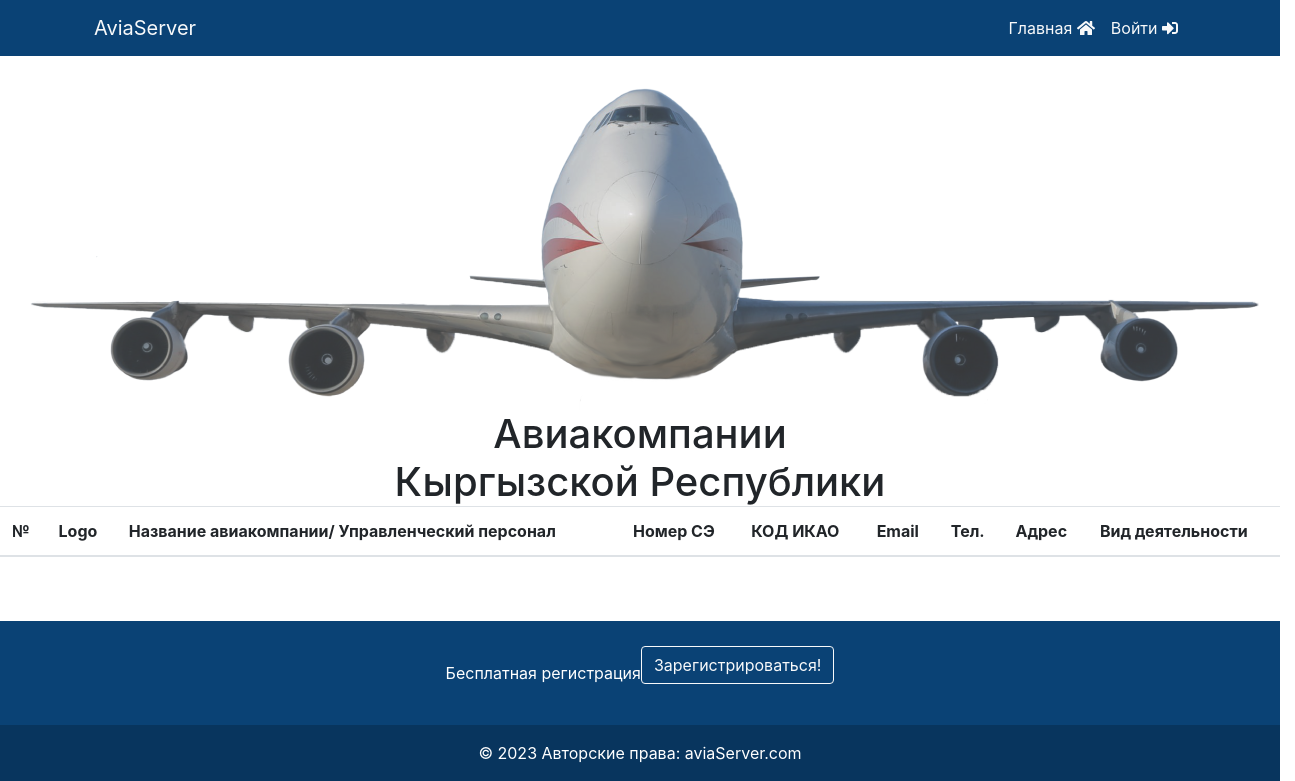
Repository: sulimonn/aviaServer
Page: products/templates/products/index.html
These files come from the project's save history. The page is drawn as it stood at one moment and after the next save; the edit follows.
The browser window is 1280 px wide. The page is 1295 px wide, so the pictures cover 1295 px, including what lies to the right of the window. The pictures show the whole page.
Some web libraries are served in a nearby version. The template is drawn by Django 4.2. The application's start-up code is not run. Other server files are loaded and not shown. The template is opened directly, without the code that normally fills it, so the values that code supplies are empty.

Above is the page before, as saved 2023-08-13 23:11:18.

### products/templates/products/index.html
{% extends 'products/base.html' %}
{% load static %}
{% block css %}
    <link href="{% static 'css/index.css' %}" rel="stylesheet"/>
{% endblock %}

{% block content  %}
<br><br>

<div class="d-flex">
    <img class="m-auto" src="/media/img/carusel.png">
</div>
<div class="d-flex">
    <h1 align="center" class="m-auto">Авиакомпании <br> Кыргызской Республики</h1>
</div>
<table class="table">
  <thead>
    <tr>
      <th scope="col">№</th>
      <th scope="col">Logo</th>
      <th scope="col">Название авиакомпании/
Управленческий  персонал</th>
      <th scope="col">Номер СЭ</th>
      <th scope="col">КОД ИКАО</th>
      <th scope="col">Email</th>
      <th scope="col">Тел.</th>
      <th scope="col">Адрес</th>
      <th scope="col">Вид деятельности</th>
    </tr>
  </thead>
    {% for company in companies %}


  <tbody>
    <tr>
      <th scope="row">{{ company.id }}</th>
      <td><img class="card-img-top" src="/media/{{ company.image }}" ></td>
      <td>{{ company.name }}</td>
      <td>{{ company.number }}</td>
      <td>{{ company.code }}</td>
      <td>{{ company.email }}</td>
      <td>{{ company.phone1 }} {{ company.phone2 }}</td>
      <td>{{ company.address }}</td>
      <td>{{ company.kind_of_activity }}</td>
    </tr>

  </tbody>
    {% endfor %}
</table>


{% endblock %}

### products/templates/products/base.html
{% load static %}
<!DOCTYPE html>
<html lang="en">

<head>

    <meta charset="utf-8">
    <meta name="viewport" content="width=device-width, initial-scale=1, shrink-to-fit=no">
    <meta name="description" content="">
    <meta name="author" content="">

    <title>{{ title | title }}</title>

    <!-- Bootstrap core CSS -->
    <link href="{% static 'vendor/bootstrap/css/bootstrap.min.css' %}" rel="stylesheet">
    <link href="{% static 'css/auth.css' %}" rel="stylesheet"/>

    <script src="https://cdnjs.cloudflare.com/ajax/libs/font-awesome/5.15.1/js/all.min.js"
            crossorigin="anonymous"></script>
    <!-- Custom styles for this template -->
</head>

<body>

<!-- Navigation -->
<nav class="navbar navbar-expand-lg fixed-top" style="background-color: #0a4275;">
    <div class="container text-light">
        <a class="navbar-brand text-light" href="index.html">AviaServer</a>
        <button class="navbar-toggler" type="button" data-toggle="collapse" data-target="#navbarResponsive"
                aria-controls="navbarResponsive" aria-expanded="false" aria-label="Toggle navigation">
            <span class="navbar-toggler-icon"></span>
        </button>
        <div class="collapse navbar-collapse" id="navbarResponsive">
            <ul class="navbar-nav ml-auto">
                <li class="nav-item">
                    <a class="nav-link text-light" href="#">Главная <i class="fas fa-home"></i> </a>
                </li>
                {% if user.is_authenticated %}
                <li class="nav-item">
                    <a class="nav-link text-light" href="{% url 'users:profile' %}">{{ user.username }} <i class="fas fa-user-circle"></i>
                    </a>
                </li>
               <li class="nav-item">
                    <a class="nav-link text-light" href="{% url 'users:logout' %}">Выйти <i class="fas fa-sign-out-alt"></i></a>
                </li>

                {% else %}
                <li class="nav-item">
                    <a class="nav-link text-light" href="{% url 'users:login' %}">Войти <i class="fas fa-sign-in-alt"></i></a>
                </li>


                {% endif %}


            </ul>
        </div>
    </div>
</nav>
{% block content  %}
{% endblock %}
<br>
<br>
<!--footer-->
<section class="">
  <!-- Footer -->
  <footer class="text-center text-white" style="background-color: #0a4275;">
    <!-- Grid container -->
    <div class="container p-4 pb-0">
      <!-- Section: CTA -->
      <section class="">
        <p class="d-flex justify-content-center align-items-center">
          <span class="mt-3">Бесплатная регистрация</span>
          <button type="button" class="btn btn-outline-light btn-rounded">
            Зарегистрироваться!
          </button>
        </p>
      </section>
      <!-- Section: CTA -->
    </div>
    <!-- Grid container -->

    <!-- Copyright -->
    <div class="text-center p-3" style="background-color: rgba(0, 0, 0, 0.2);">
      © 2023 Авторские права:
      <a class="text-white" href="https://mdbootstrap.com/">aviaServer.com</a>
    </div>
    <!-- Copyright -->
  </footer>
  <!-- Footer -->
</section>


<!-- Bootstrap core JavaScript -->
<script src="{% static 'vendor/jquery/jquery.min.js' %}"></script>
<script src="{% static 'vendor/bootstrap/js/bootstrap.bundle.min.js' %}"></script>

<!-- FontAwesome script -->
<script src="{% static 'vendor/fontawesome/fontawesome-icons.js' %}" crossorigin="anonymous"></script>

</body>

</html>

Loaded but not shown: static/css/auth.css (library)

After the next save:
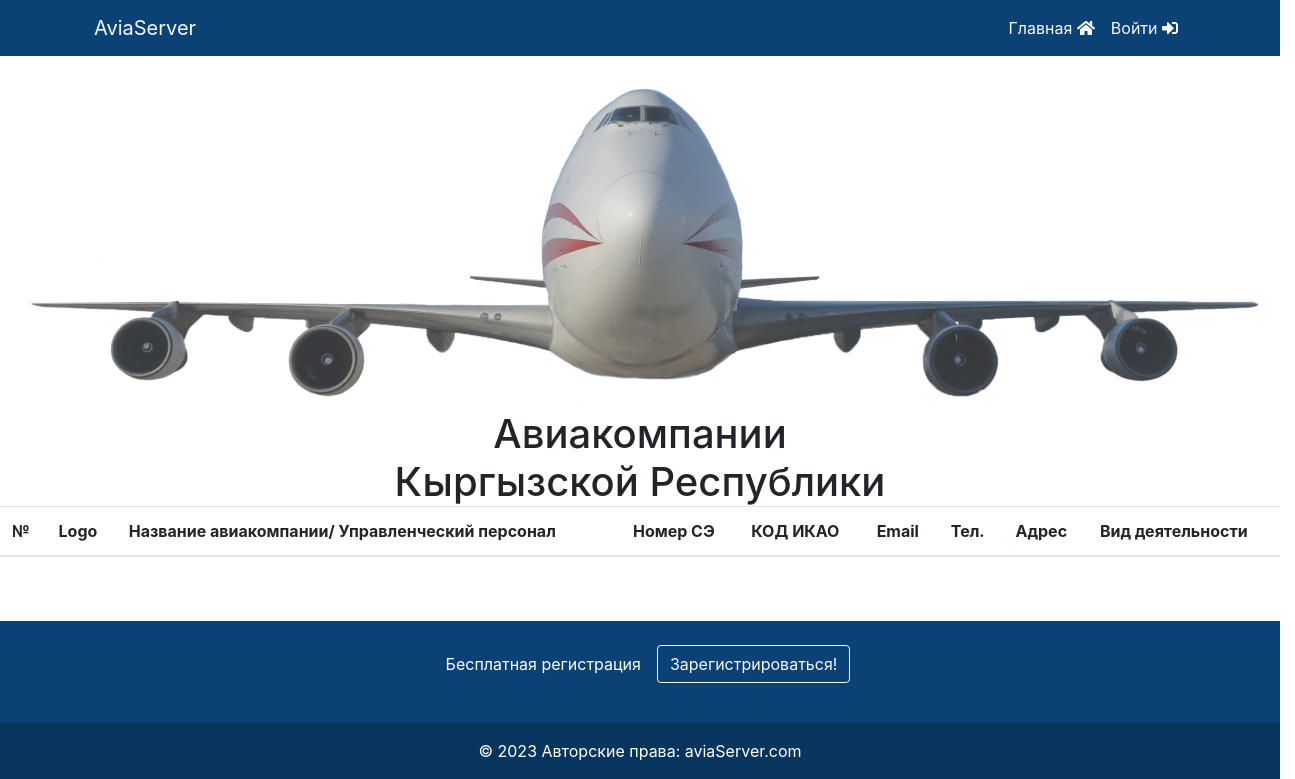
Saved 9 s later.
--- a/products/templates/products/base.html
+++ b/products/templates/products/base.html
@@ -70,7 +70,7 @@
       <!-- Section: CTA -->
       <section class="">
         <p class="d-flex justify-content-center align-items-center">
-          <span class="mt-3">Бесплатная регистрация</span>
+          <span class="mx-3">Бесплатная регистрация</span>
           <button type="button" class="btn btn-outline-light btn-rounded">
             Зарегистрироваться!
           </button>
